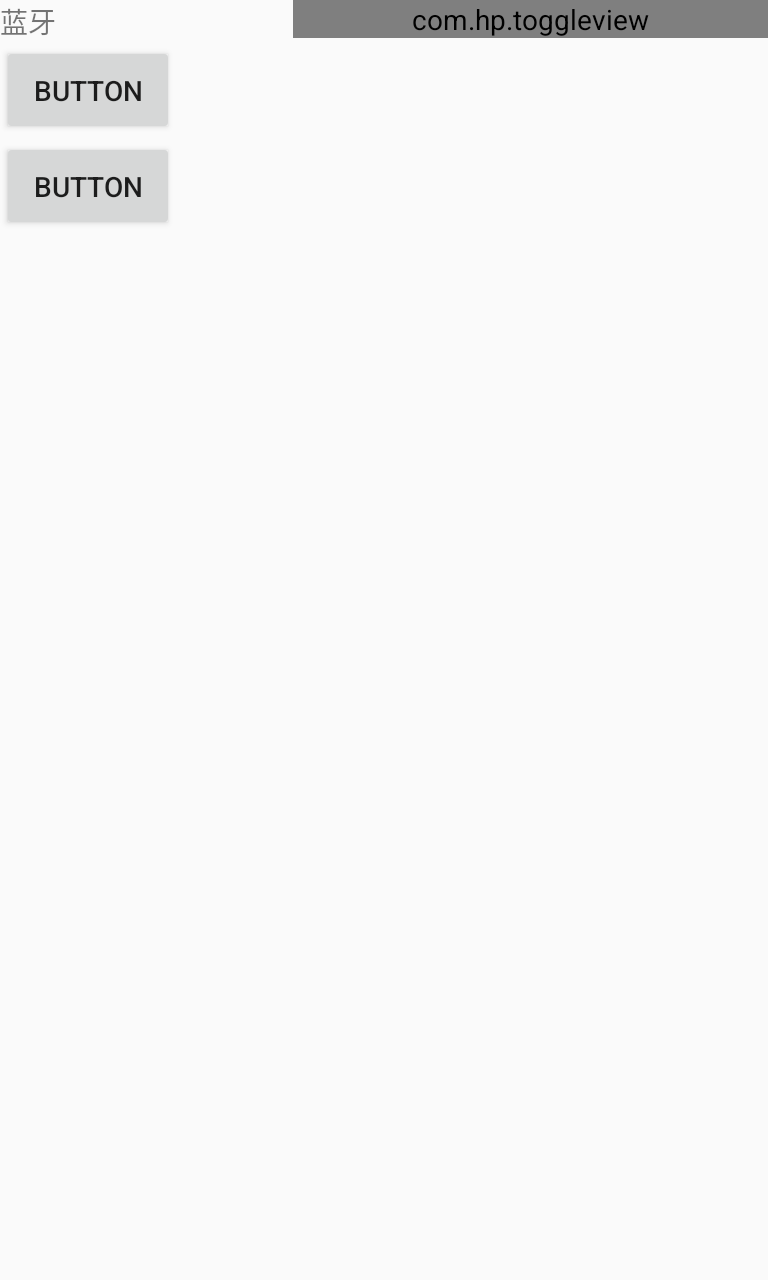
Repository: mimimy/MassagePro
Layout: BLE-Version/MassageTool/res/layout/activity_blooth.xml
These files come from the project's save history. The layout is drawn as it stood at one moment and after the next save; the edit follows.
Pictures or frames that could not be fetched are drawn as grey boxes. It is drawn on a 768 x 1280 px phone screen (xhdpi) without system bars, with theme AppTheme; the app's code is not run.

Above is the layout before, as saved 2018-07-26 15:09:59.

### BLE-Version/MassageTool/res/layout/activity_blooth.xml
<LinearLayout xmlns:android="http://schemas.android.com/apk/res/android"
    xmlns:tools="http://schemas.android.com/tools"
    android:layout_width="fill_parent"
    android:layout_height="fill_parent"
    android:orientation="vertical">
	<LinearLayout
	    android:layout_width="match_parent"
	    android:layout_height="wrap_content"
	    android:orientation="horizontal">
	    <TextView
	        android:layout_width="wrap_content"
	        android:layout_height="wrap_content"
	        android:layout_weight="1"
	        android:text="蓝牙"/>
	    <com.hp.toggleview
		    android:id="@+id/toggleView"
	        android:layout_width="wrap_content"
	        android:layout_height="wrap_content"
	        android:layout_weight="1"
	        android:layout_centerInParent="true" >
		</com.hp.toggleview>
	</LinearLayout>
	<LinearLayout
	    android:layout_width="match_parent"
	    android:layout_height="wrap_content"
	    android:orientation="vertical">

		<Button
		    android:id="@+id/button1"
		    android:layout_width="wrap_content"
		    android:layout_height="wrap_content"
		    android:text="Button" />

		<Button
		    android:id="@+id/button2"
		    android:layout_width="wrap_content"
		    android:layout_height="wrap_content"
		    android:text="Button" />

	</LinearLayout>

</LinearLayout>

Loaded but not shown: BLE-Version/MassageTool/res/values/styles.xml (common file); BLE-Version/MassageTool/res/values-v11/styles.xml (common file); BLE-Version/MassageTool/res/values-v14/styles.xml (common file)

After the next save:
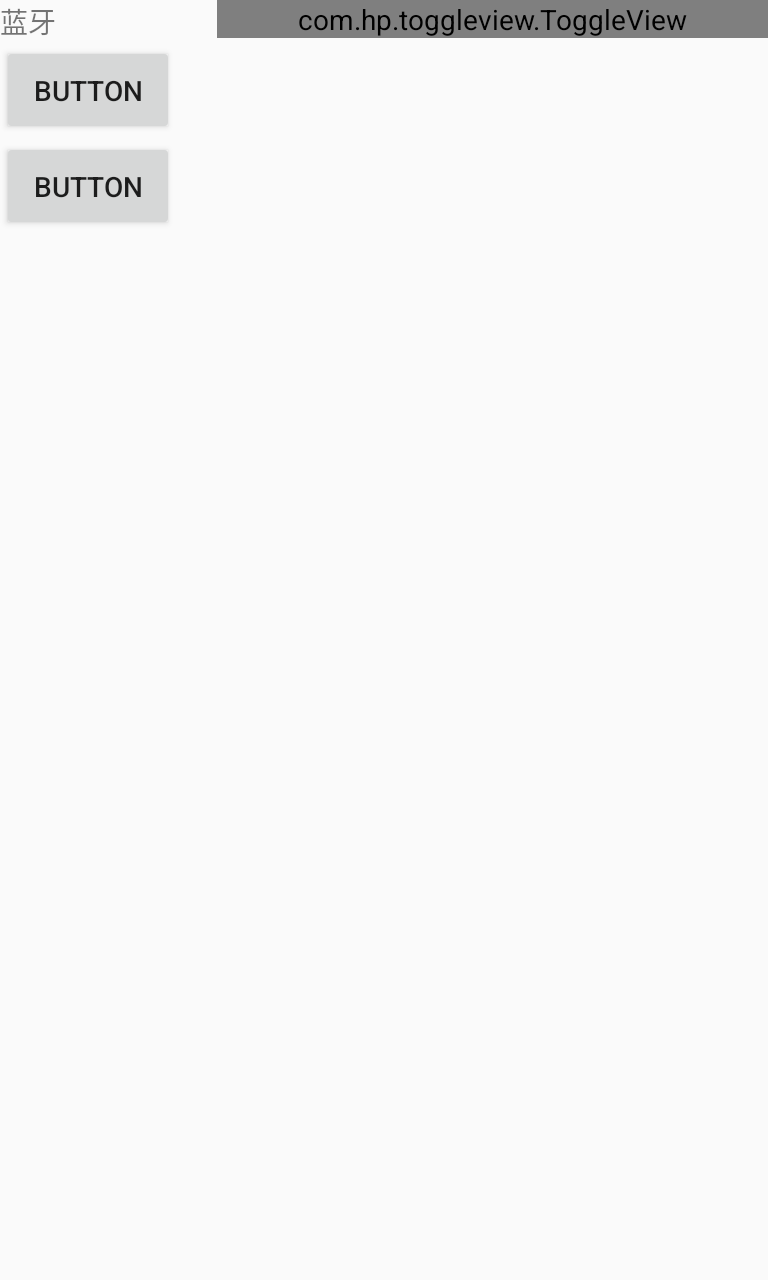
Saved 29 s later.
--- a/BLE-Version/MassageTool/res/layout/activity_blooth.xml
+++ b/BLE-Version/MassageTool/res/layout/activity_blooth.xml
@@ -12,13 +12,13 @@
 	        android:layout_height="wrap_content"
 	        android:layout_weight="1"
 	        android:text="蓝牙"/>
-	    <com.hp.toggleview
+	    <com.hp.toggleview.ToggleView
 		    android:id="@+id/toggleView"
 	        android:layout_width="wrap_content"
 	        android:layout_height="wrap_content"
 	        android:layout_weight="1"
 	        android:layout_centerInParent="true" >
-		</com.hp.toggleview>
+		</com.hp.toggleview.ToggleView>
 	</LinearLayout>
 	<LinearLayout
 	    android:layout_width="match_parent"
